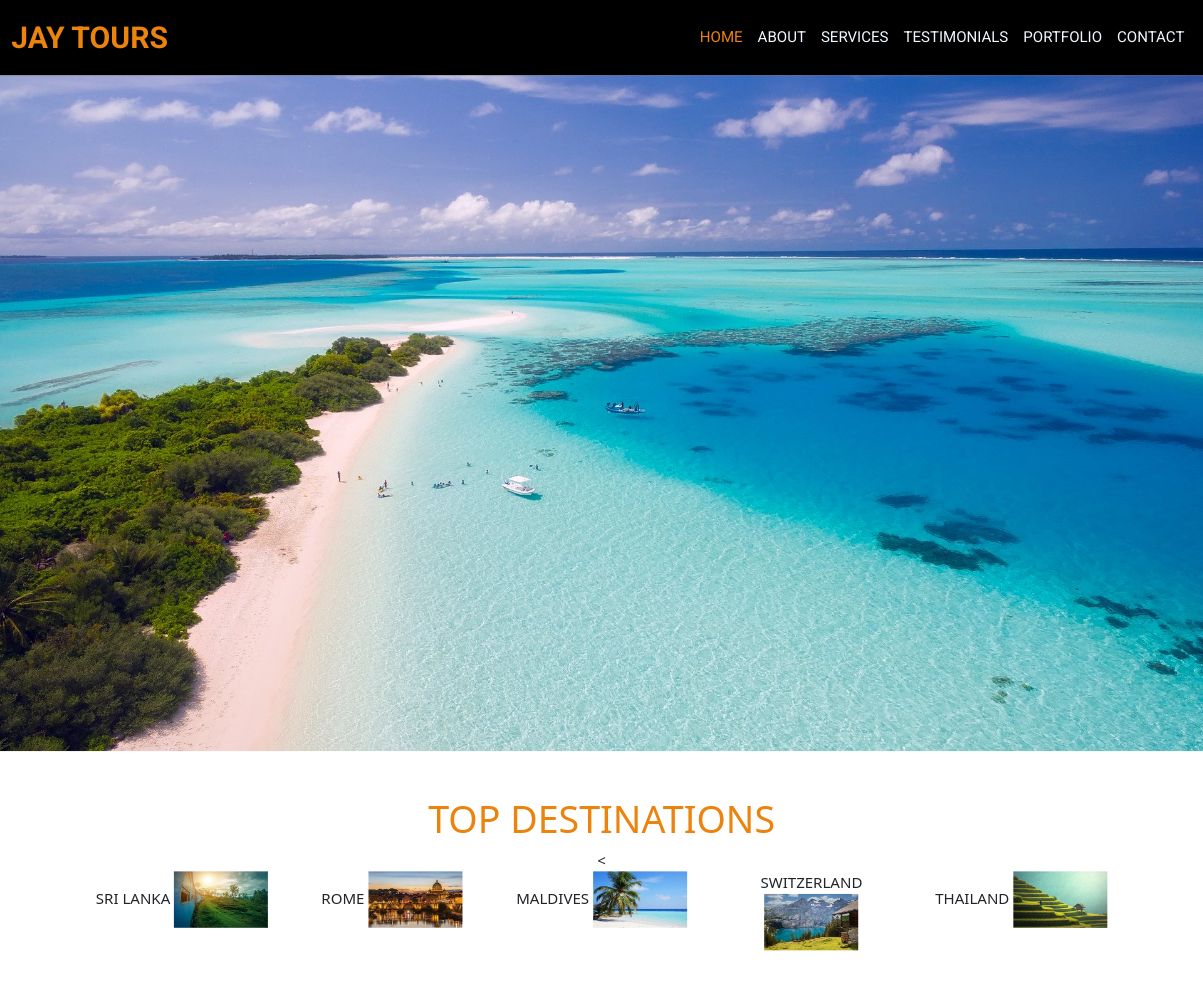
Repository: kasundiudn/Jay-Travel
Page: index.html
The author's editor kept a copy of each file at every save. The page is drawn from the files as they stood at one save, then again after a run of saves.
The browser window is 1280 px wide. The pictures show the whole page, at 94% of full size.

Above is the page before, as saved 2025-06-26 10:27:22.

### index.html
<!doctype html>
<html lang="en">
  <head>
    <meta charset="utf-8">
    <meta name="viewport" content="width=device-width, initial-scale=1">
    <title>Bootstrap demo</title>
    <link rel="preconnect" href="https://fonts.googleapis.com">
    <link rel="preconnect" href="https://fonts.gstatic.com" crossorigin>
    <link href="https://fonts.googleapis.com/css2?family=Roboto:ital,wght@0,100..900;1,100..900&display=swap" rel="stylesheet">
    <link href="https://cdn.jsdelivr.net/npm/bootstrap@5.3.7/dist/css/bootstrap.min.css" rel="stylesheet" integrity="sha384-LN+7fdVzj6u52u30Kp6M/trliBMCMKTyK833zpbD+pXdCLuTusPj697FH4R/5mcr" crossorigin="anonymous">
  <style>
    header{  font-family: "Roboto", sans-serif;
           }
    .nav-link{
        color: aliceblue;
    }

  </style>
  </head>
  <body>
<header>
    <nav class="navbar navbar-expand-lg " style="background-color: black; height: 80px;">
  <div class="container-fluid">
    <a class="navbar-brand" href="#" style="color: #eb830c; font-weight: bold;  font-size:xx-large;">JAY TOURS</a>
    <button class="navbar-toggler" type="button" data-bs-toggle="collapse" data-bs-target="#navbarSupportedContent" aria-controls="navbarSupportedContent" aria-expanded="false" aria-label="Toggle navigation">
      <span class="navbar-toggler-icon"></span>
    </button>
    <div class="collapse navbar-collapse justify-content-end" id="navbarSupportedContent">
      <ul class="navbar-nav mb-2 mb-lg-0">
        <li class="nav-item">
          <a class="nav-link active" aria-current="page" href="#" style="color: #eb830c;">HOME</a>
        </li>
        <li class="nav-item">
          <a class="nav-link" href="#">ABOUT</a>
        </li>
         <li class="nav-item">
          <a class="nav-link" href="#">SERVICES</a>
        </li>
         <li class="nav-item">
          <a class="nav-link" href="#">TESTIMONIALS</a>
        </li>
         <li class="nav-item">
          <a class="nav-link" href="#">PORTFOLIO</a>
        </li>
         <li class="nav-item">
          <a class="nav-link" href="#">CONTACT</a>
        </li>
    </div>
  </div>
</nav>
</header>
<img src="main.jpg" alt="Beach image" style="width: 100%; height: auto;">

<div class="container text-center my-5">
  <h1 style="color: #eb830c;">TOP DESTINATIONS</h1><


<div class="container text-center">
  <div class="row">
    <div class="col">
      SRI LANKA
      <img src="Sri Lanka.jpg" alt="SRI LANKA" style="width: 100px; height: 60px;">
    </div>
    <div class="col">
      ROME
      <img src="Rome.jpg" alt="ROME" style="width: 100px; height: 60px;">
    </diV>
    <div class="col">
      MALDIVES
      <img src="Maldives.jpg" alt="MALDIVES" style="width: 100px; height: 60px;">
    </div>
    <div class="col">
      SWITZERLAND
        <img src="Switzerland.jpg" alt="SWITZERLAND" style="width: 100px; height: 60px;">
    </div>
    <div class="col">
      THAILAND
        <img src="Thailand.jpg" alt="THAILAND" style="width: 100px; height: 60px;">
    </div>
  </div>
</div>

    <script src="https://cdn.jsdelivr.net/npm/@popperjs/core@2.11.8/dist/umd/popper.min.js" integrity="sha384-I7E8VVD/ismYTF4hNIPjVp/Zjvgyol6VFvRkX/vR+Vc4jQkC+hVqc2pM8ODewa9r" crossorigin="anonymous"></script>
<script src="https://cdn.jsdelivr.net/npm/bootstrap@5.3.7/dist/js/bootstrap.min.js" integrity="sha384-7qAoOXltbVP82dhxHAUje59V5r2YsVfBafyUDxEdApLPmcdhBPg1DKg1ERo0BZlK" crossorigin="anonymous"></script>
  </body>
</html>

After the next 2 saves:
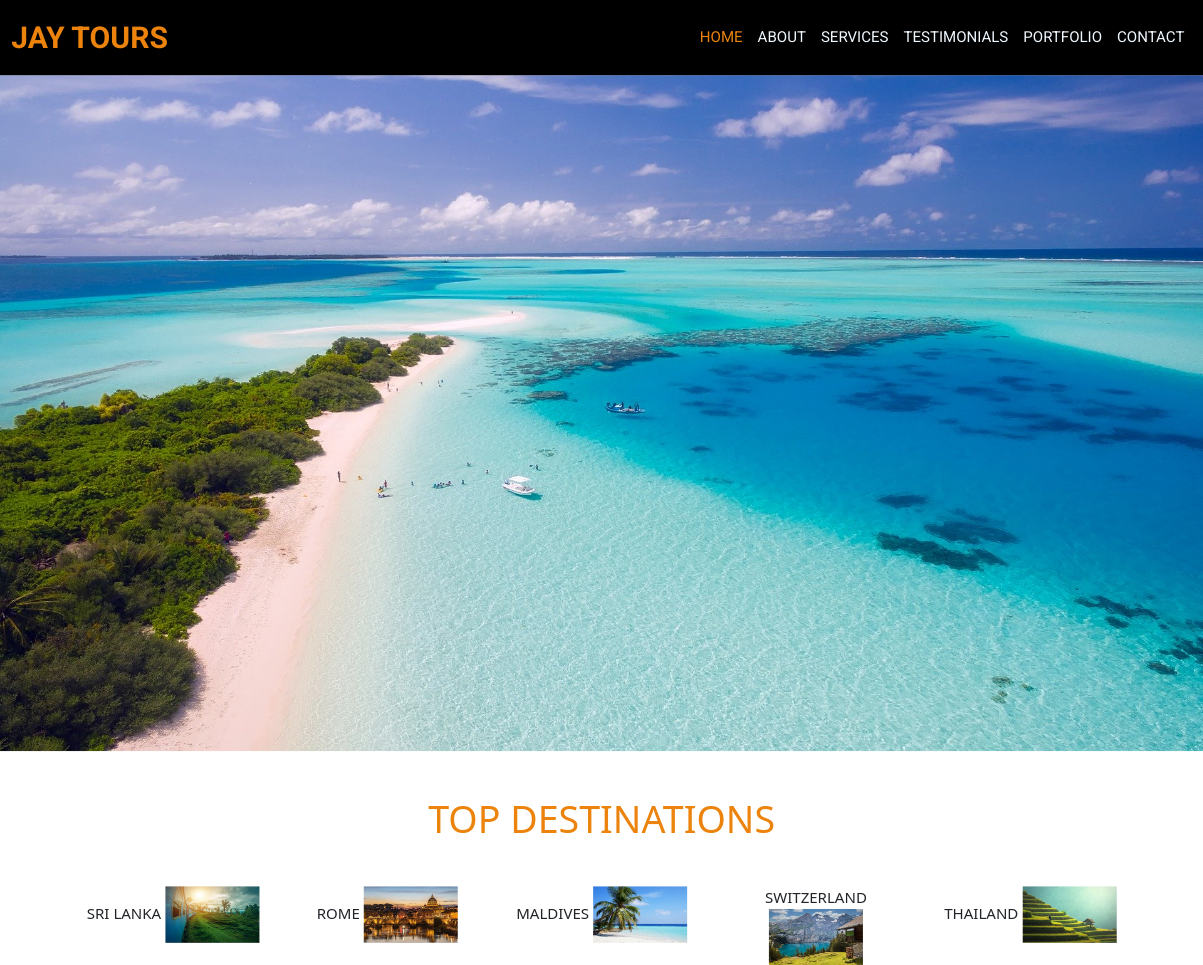
The 2 saves are shown as one change because they came seconds apart.
The last was saved 6 s later.
--- a/index.html
+++ b/index.html
@@ -52,7 +52,7 @@
 <img src="main.jpg" alt="Beach image" style="width: 100%; height: auto;">
 
 <div class="container text-center my-5">
-  <h1 style="color: #eb830c;">TOP DESTINATIONS</h1><
+  <h1 style="color: #eb830c;">TOP DESTINATIONS</h1></div>
 
 
 <div class="container text-center">
